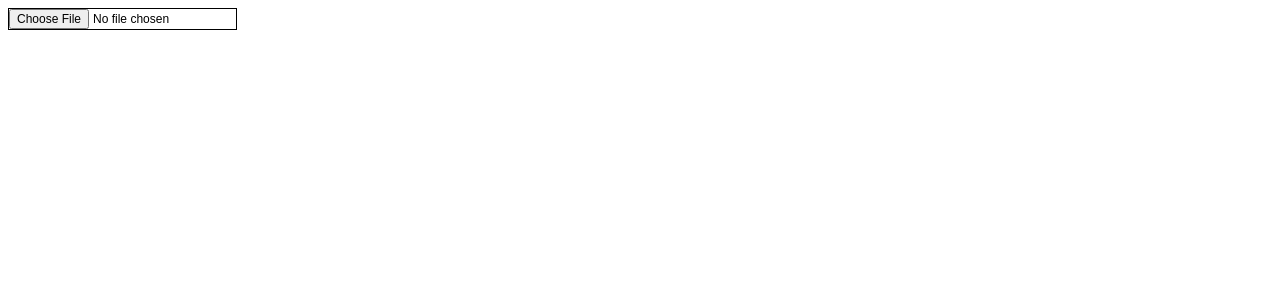
Repository: Belbos/workspace
Page: http://localhost/sample1/
The author's editor kept a copy of each file at every save. The page is drawn from the files as they stood at one save, then again after the next save.
The browser window is 1280 px wide. The pictures show the whole page.
The page is served by Tomcat 9.

Above is the page before, as saved 2017-03-09 05:58:59.

After the next save:
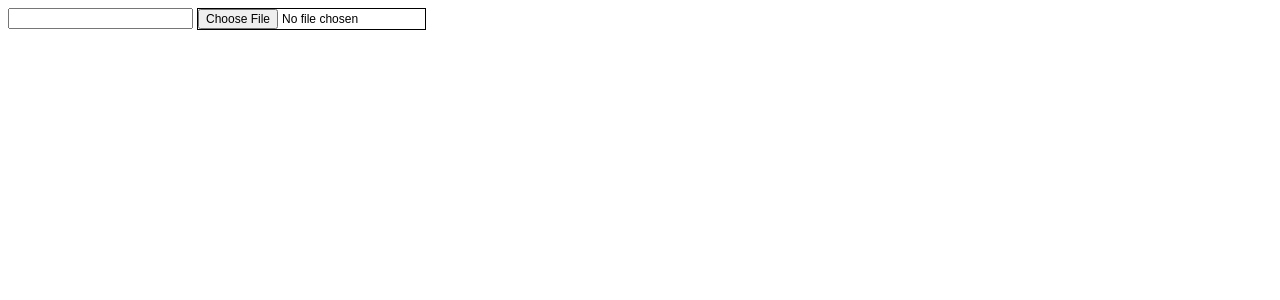
Saved 60 s later.
--- a/sample1/WebContent/index.jsp
+++ b/sample1/WebContent/index.jsp
@@ -7,6 +7,7 @@
 <title>Insert title here</title>
 </head>
 <body>
+<input type="text">
  <INPUT style="BORDER-RIGHT: #000000 1px solid; BORDER-TOP: #000000 1px solid; FONT-SIZE: 9pt; BORDER-LEFT: #000000 1px solid; COLOR: #000000; BORDER-BOTTOM: #000000 1px solid" type=file name="fileName" size="20">
 </body>
 </html>
